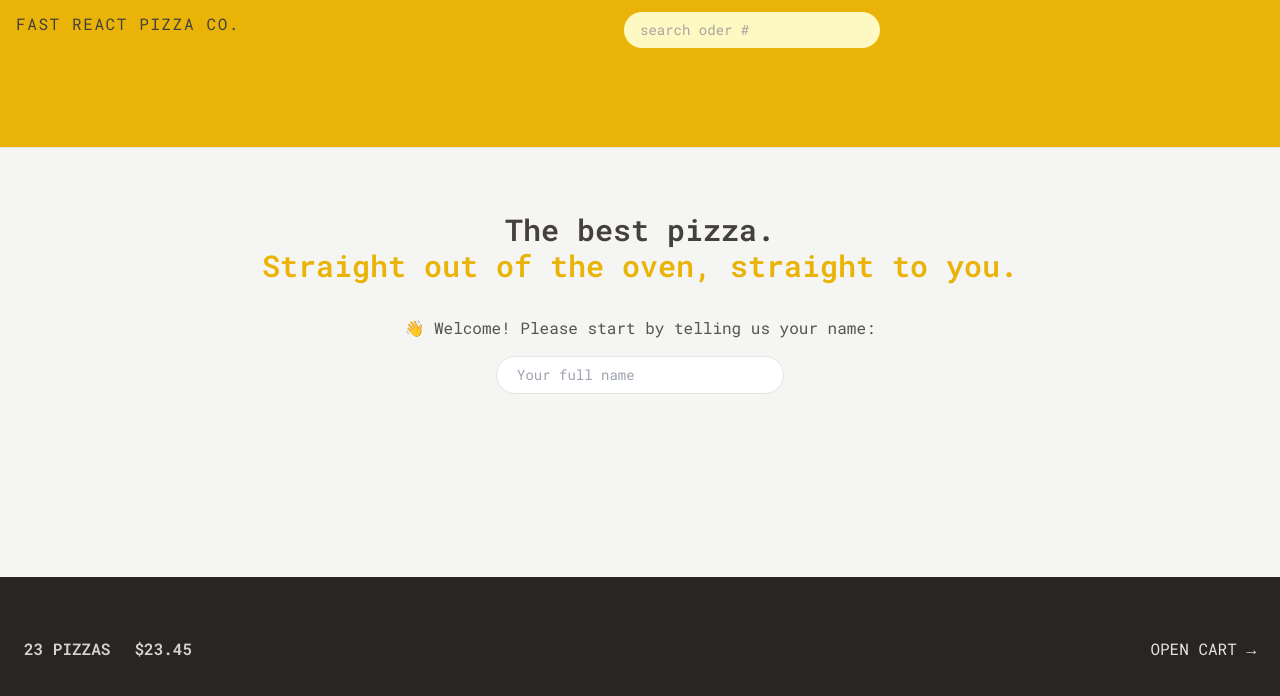
Repository: ayakhaled0001/pizza-delivery
Page: /
The author's editor kept a copy of each file at every save. The page is drawn from the files as they stood at one save, then again after the next save.
The browser window is 1280 px wide. The pictures show the whole page.
The project was rebuilt for these pictures with package versions that can differ from the ones it lists, and the page was loaded fresh each time. Also part of the build but not shown: vite.config.js, src/ui/Button.jsx, src/services/apiRestaurant.jsx, src/utilities/helpers.jsx, src/features/menu/MenuItem.jsx, src/features/menu/Menu.jsx, src/ui/LinkButton.jsx, src/features/cart/CartItem.jsx and 5 more. Imported but missing from the stored project, and not drawn on this page: src/features/order/CreateOrder.

Above is the page before, as saved 2025-05-08 20:43:46.

After the next save:
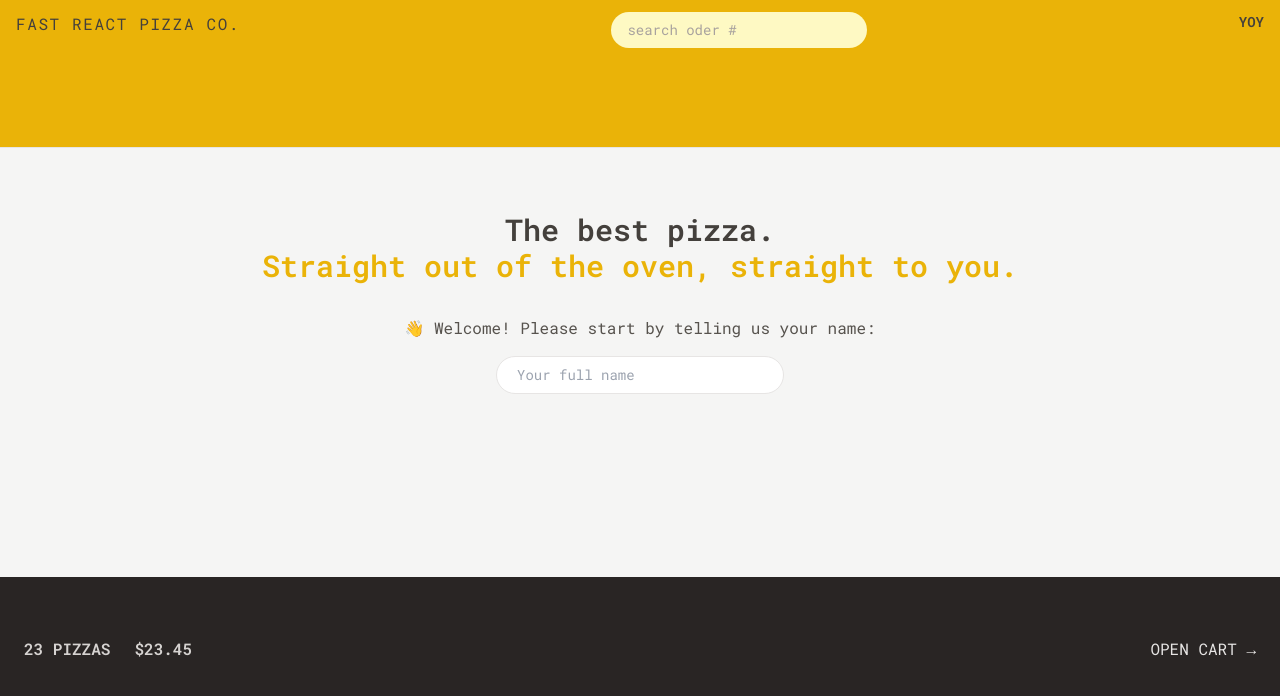
Saved 9 s later.
--- a/src/features/user/userSlice.js
+++ b/src/features/user/userSlice.js
@@ -23,7 +23,7 @@
 // }
 
 const initialState = {
-  username: "",
+  username: "yoy",
 };
 
 const userSlice = createSlice({

After the save that followed:
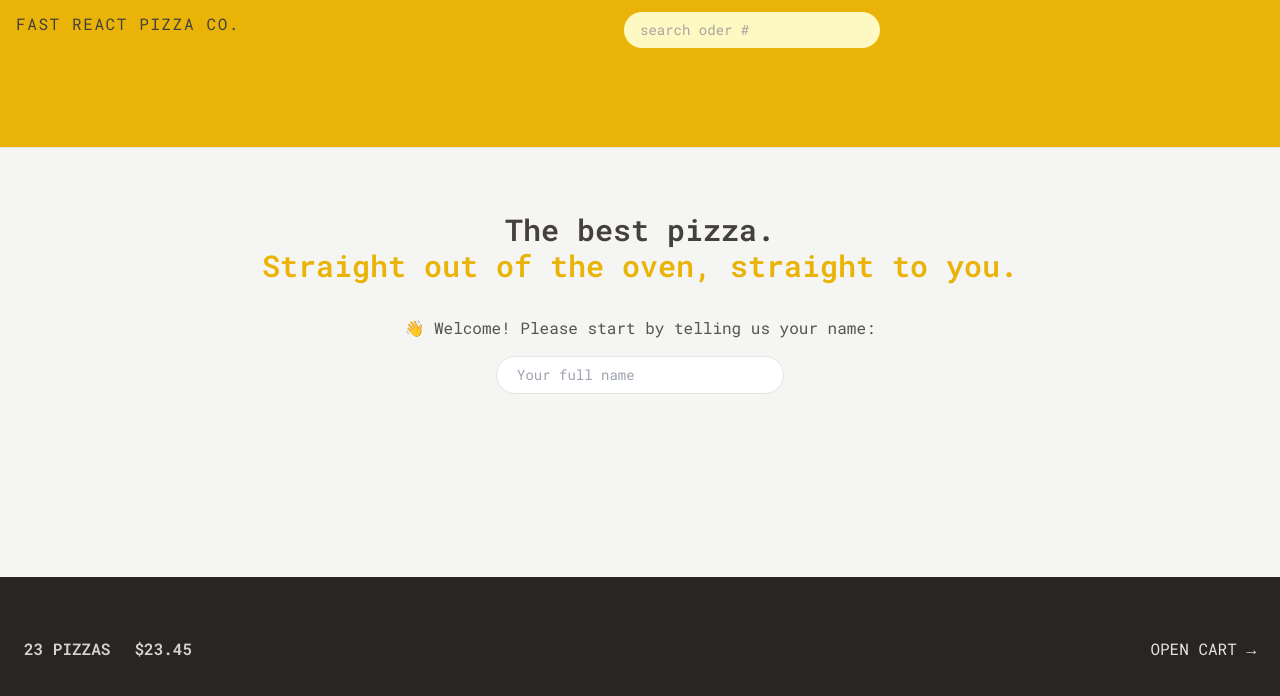
Saved 32 s later.
--- a/src/features/user/userSlice.js
+++ b/src/features/user/userSlice.js
@@ -23,7 +23,7 @@
 // }
 
 const initialState = {
-  username: "yoy",
+  username: "",
 };
 
 const userSlice = createSlice({
